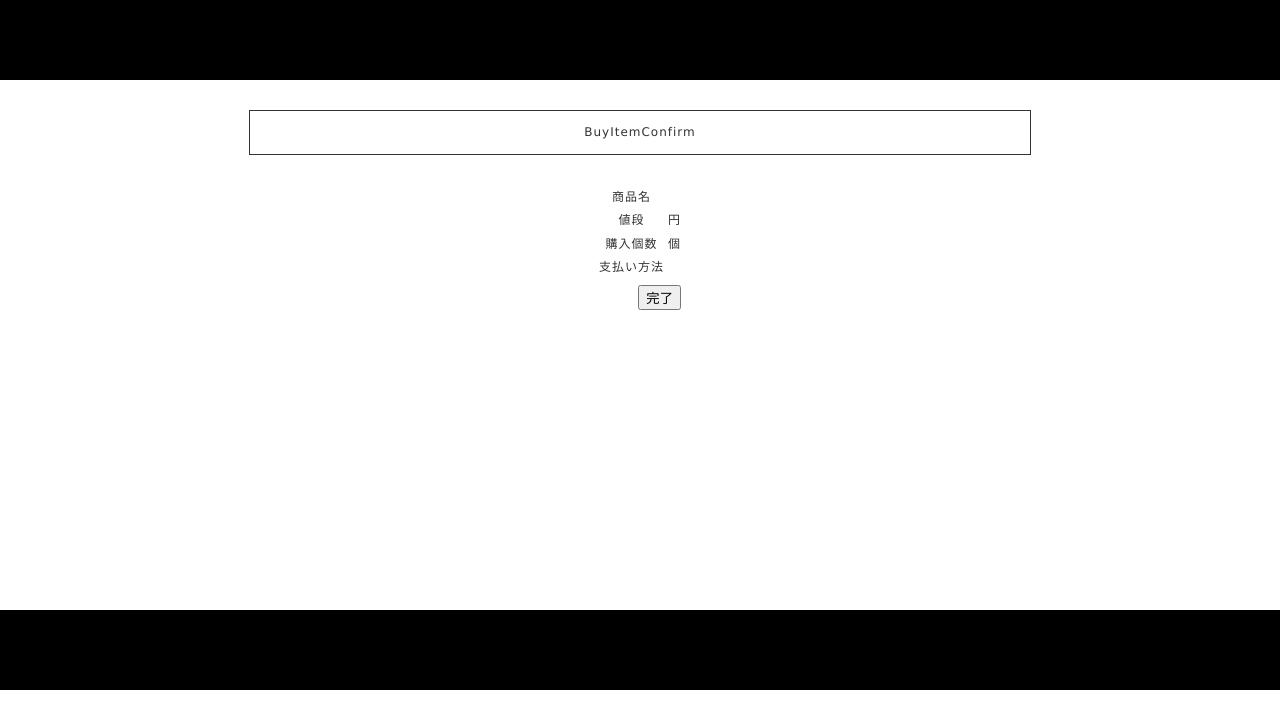
Repository: gjp373/test
Page: http://localhost/template/buyItemConfirm.jsp
The author's editor kept a copy of each file at every save. The page is drawn from the files as they stood at one save, then again after the next save.
The browser window is 1280 px wide. The pictures show the whole page.
The page is served by Tomcat 9. Other server files are loaded and not shown.

Above is the page before, as saved 2018-03-30 03:55:41.

### template/WebContent/buyItemConfirm.jsp
<%@ page language="java" contentType="text/html; charset=UTF-8"
    pageEncoding="UTF-8"%>
<%@ taglib prefix="s" uri="/struts-tags" %>
<!DOCTYPE html>
<html>
<head>
<meta http-equiv="Content-Type" content="text/html; charset=utf-8" />
<meta http-equiv="Content-Style-Type" content="text/css" />
<meta http-equiv="Content-Script-Type" content="text/javascript" />
<meta http-equiv="imagetoolbar" content="no" />
<meta name="description" content="" />
<meta name="keywords" content="" />
<title>buyItemConfirm画面</title>

<style type="text/css">

  body {
margin:0;
padding:0;
line-height:1.6;
letter-spacing:1px;
font-family:Verdana, Helvetica, sans-serif;
font-size:12px;
color:#333;
background:#fff;
}
table {
text-align:center;
margin:0 auto;
}
/* ========ID LAYOUT======== */
#top {
width:780px;
margin:30px auto;
   border:1px solid #333;
}
#header {
width: 100%;
height: 80px;
background-color: black;
}
#main {
width: 100%;
height: 500px;
text-align: center;
}
#footer {
width: 100%;
height: 80px;
background-color: black;
clear:both;
  }

  </style>

</head>
<body>

<div id="header">

<div id="pr">
</div>

</div>
<div id="main">

<div id="top">

<p>BuyItemConfirm</p>

</div>
<div>

<s:form action="BuyItemConfirmAction">
<table>
<tr>

<td>商品名</td>
<td><s:property value="session.buyItem_name" /></td>

       </tr>

       <tr>
         <td>値段</td>
         <td>
          <s:property value="session.buyItem_price"/>
            <span>円</span>
         </td>
       </tr>

       <tr>
         <td>購入個数</td>
         <td>
           <s:property value="session.stock"/>
             <span>個</span>
         </td>
       </tr>

       <tr>
         <td>支払い方法</td>
         <td>
           <s:property value="session.pay"/>
         </td>
       </tr>

       <tr>
         <td>
           <s:submit value="完了"/>
         </td>
         </tr>


</table>
</s:form>
</div>
</div>

  <div id="footer">
    <div id="pr"></div>
  </div>


</body>
</html>

After the next save:
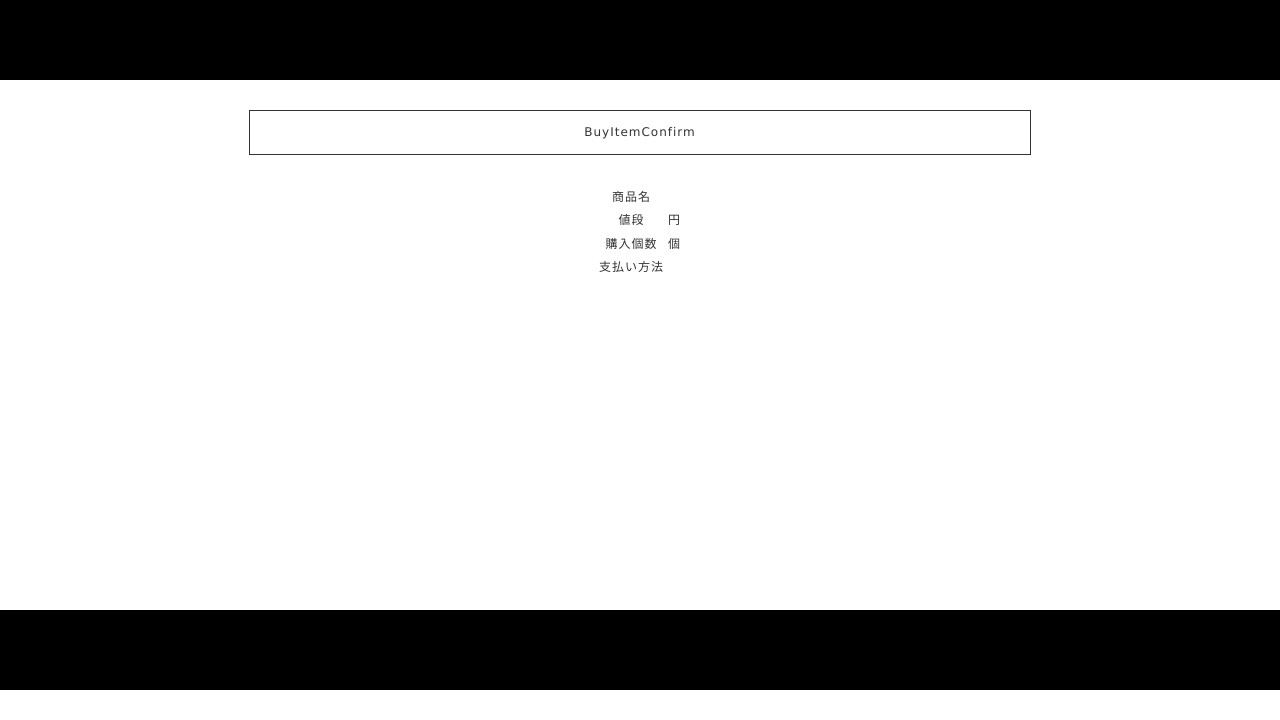
Saved 32 s later.
--- a/template/WebContent/buyItemConfirm.jsp
+++ b/template/WebContent/buyItemConfirm.jsp
@@ -79,35 +79,36 @@
 <td><s:property value="session.buyItem_name" /></td>
 
        </tr>
+<tr>
 
-       <tr>
-         <td>値段</td>
-         <td>
-          <s:property value="session.buyItem_price"/>
-            <span>円</span>
-         </td>
-       </tr>
+<td>値段</td>
+<td>
 
-       <tr>
-         <td>購入個数</td>
-         <td>
-           <s:property value="session.stock"/>
-             <span>個</span>
-         </td>
-       </tr>
+<s:property value="session.buyItem_price" />
 
-       <tr>
-         <td>支払い方法</td>
-         <td>
-           <s:property value="session.pay"/>
-         </td>
-       </tr>
+<span>円</span>
 
-       <tr>
-         <td>
-           <s:submit value="完了"/>
-         </td>
-         </tr>
+</td>
+
+</tr>
+<tr>
+
+<td>購入個数</td>
+<td>
+
+<s:property value="session.stock" />
+
+<span>個</span>
+
+</td>
+
+</tr>
+<tr>
+
+<td>支払い方法</td>
+<td><s:property value="session.pay" /></td>
+
+</tr>
 
 
 </table>
